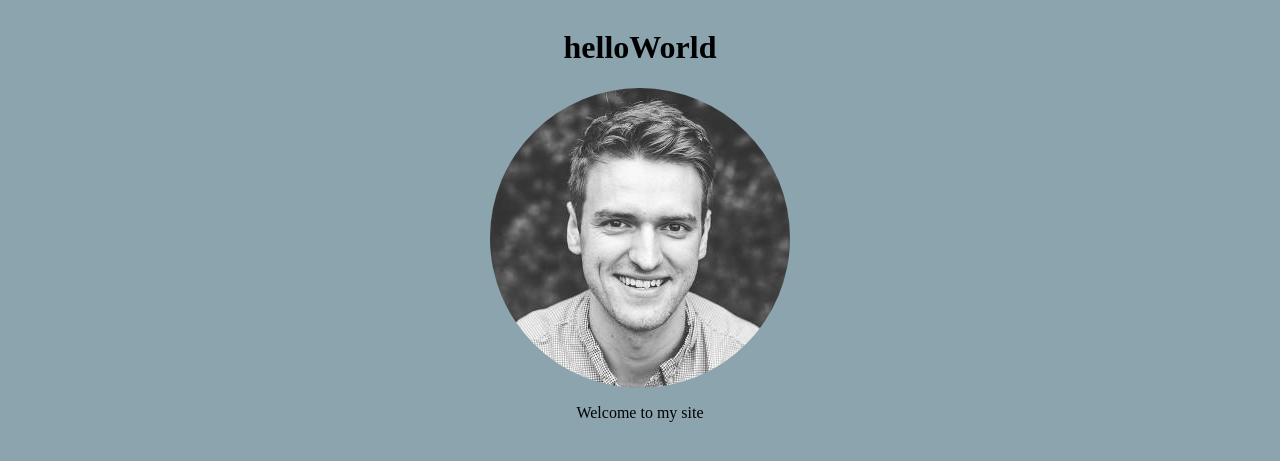
Repository: milespossing/Personal-Page
Page: index.html
These files come from the project's save history. The page is drawn as it stood at one moment and after the next save; the edit follows.
The browser window is 1280 px wide. The pictures show the whole page.

Above is the page before, as saved 2019-09-19 21:12:49.

### index.html
<head>
    <link rel="stylesheet" type="text/css" href="Styles/style.css"/>
</head>
<body>
    <div class="Site-Header">
        <h1>helloWorld</h1>
        <div>
            <img src="Images/simple-headshot.jpeg" class="Display-Picture"/>
        </div>
    </div>
    <p>Welcome to my site</p>
</body>

### Styles/style.css
body {
    display: flex;
    flex-direction: column;
    align-content: center;
    align-items: center;
    background: #8ba4ae;
}

.site-header {
    display: flex;
    flex-direction: column;
    align-items: center;
    justify-items: right;
}

.display-picture {
    border-radius: 50%;
}

After the next save:
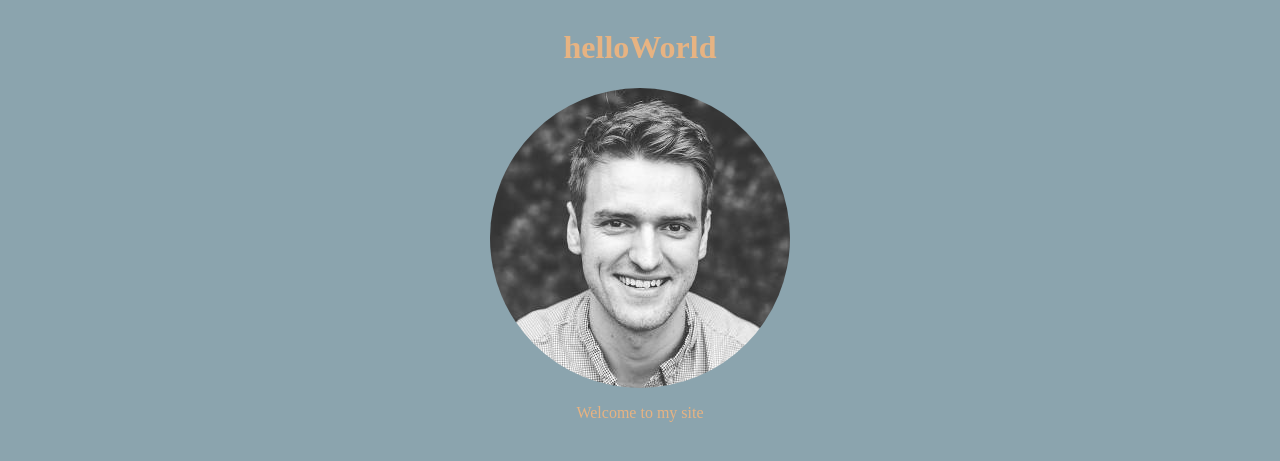
Saved 94 s later.
--- a/Styles/style.css
+++ b/Styles/style.css
@@ -4,6 +4,7 @@ body {
     align-content: center;
     align-items: center;
     background: #8ba4ae;
+    color: #e7b382;
 }
 
 .site-header {
